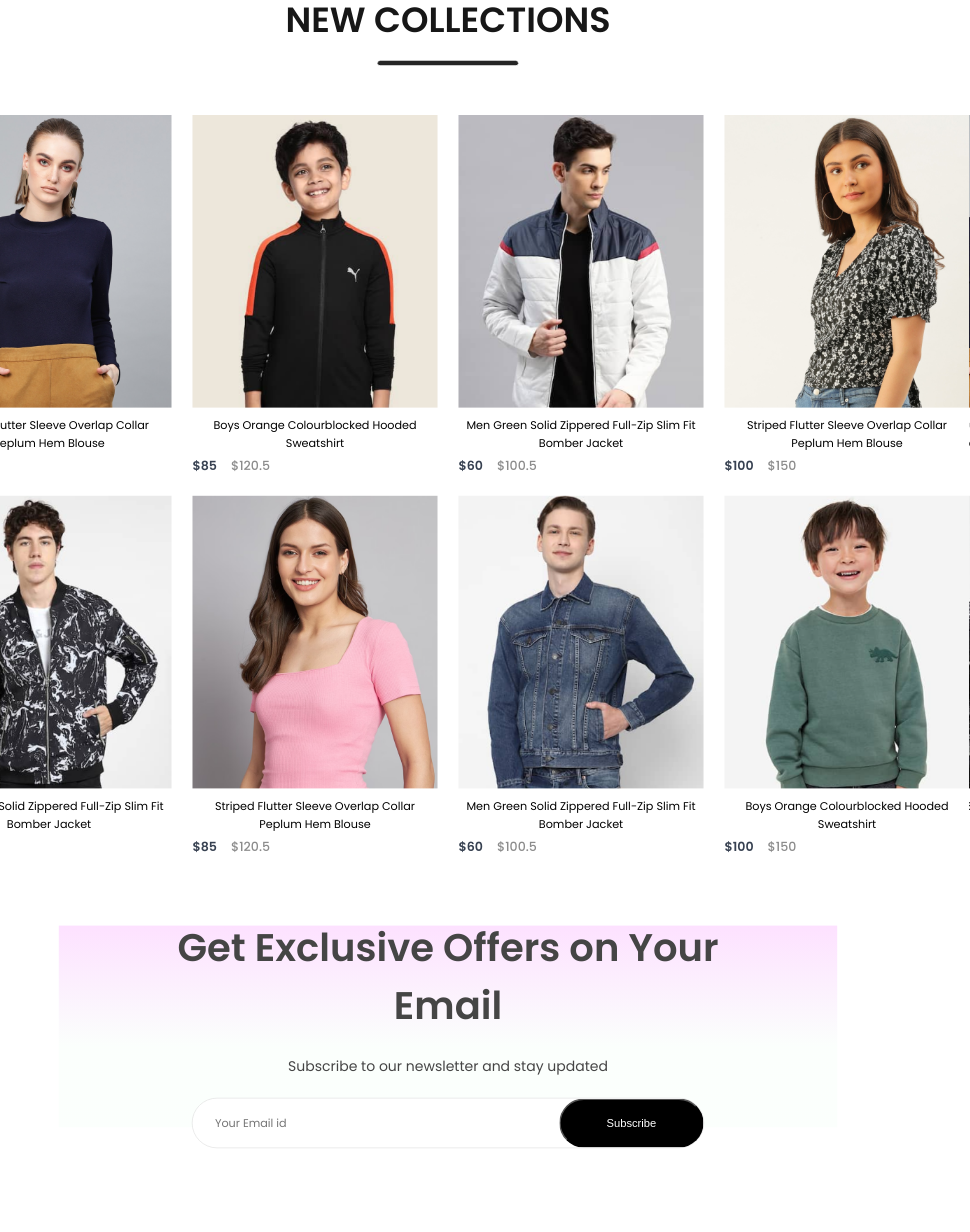
Repository: saritha55/EcommerceReactJs
Page: /
The author's editor kept a copy of each file at every save. The page is drawn from the files as they stood at one save, then again after the next save.
The browser window is 1280 px wide. The page is 1385 px wide, so the pictures cover 1385 px, including what lies to the right of the window. The pictures show the part of the page from y = 2056 to 3816 px (the page is 3816 px tall), at 70% of full size.
The project was rebuilt for these pictures with package versions that can differ from the ones it lists, and the page was loaded fresh each time. Also part of the build but not shown: src/Pages/ShopCategory.jsx, src/Pages/Product.jsx, src/Pages/Cart.jsx, src/Pages/LoginSignup.jsx.

Above is the page before, as saved 2024-12-02 17:33:52.

After the next save:
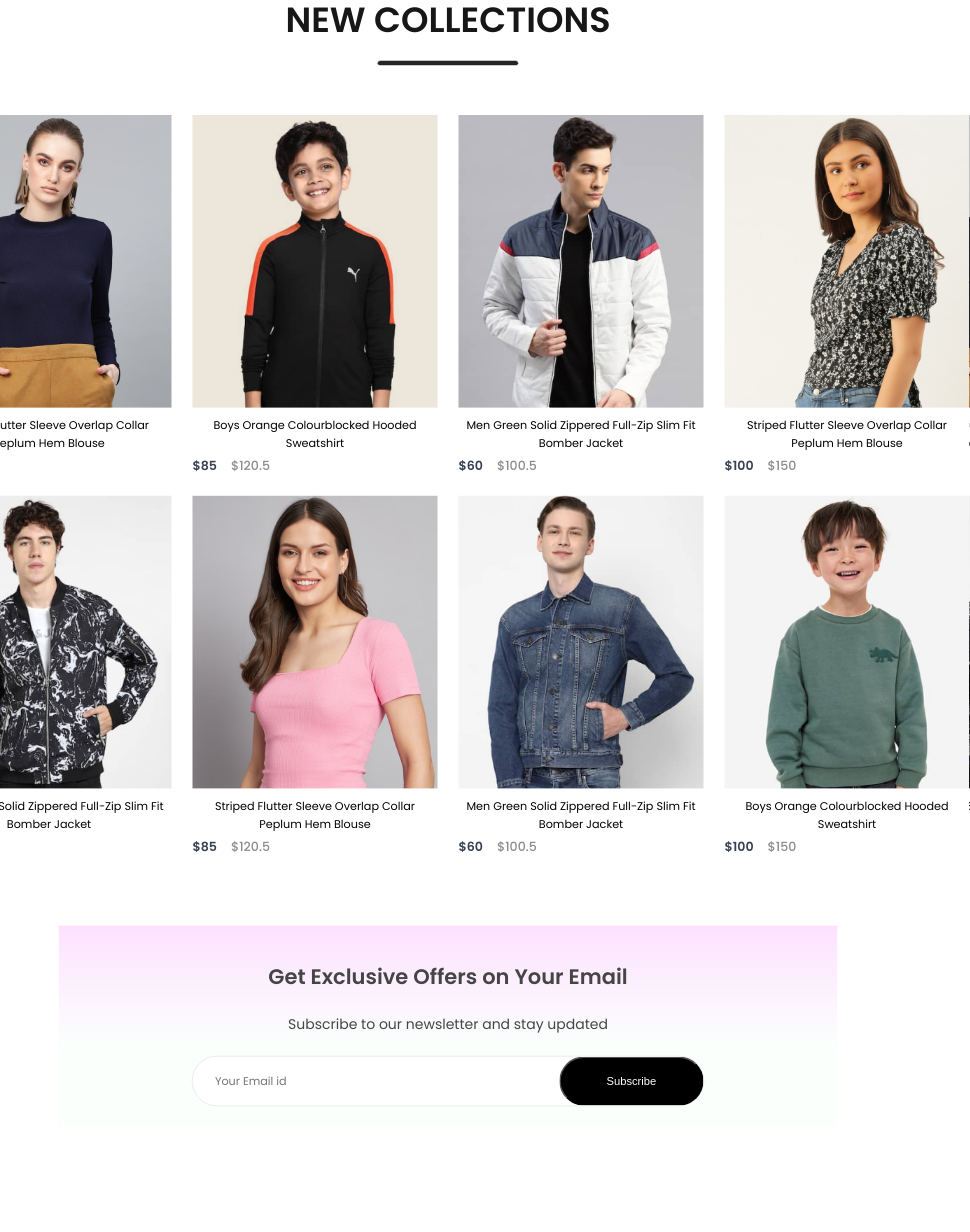
Saved 23 s later.
--- a/src/Components/NewsLetter/NewsLetter.css
+++ b/src/Components/NewsLetter/NewsLetter.css
@@ -16,7 +16,7 @@
 
 .newsletter h1{
     color: #454545;
-    font-size: 55px;
+    font-size: 30px;
     font-weight: 600;
     margin-top: 20px;
 
